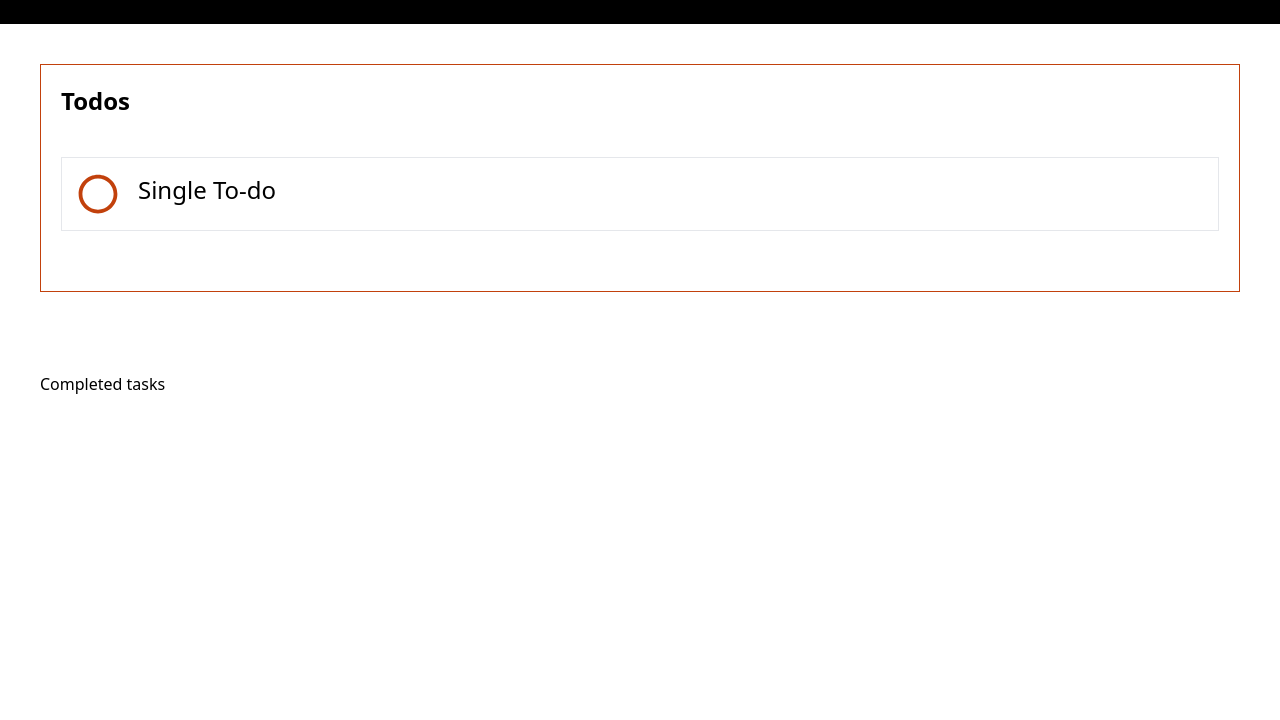
Repository: thekingisherenow/personalTodo
Page: /
An editor plug-in stored every save of this project. The page is shown before and after the next save, followed by the edit.
The browser window is 1280 px wide. The pictures show the whole page.
The project was rebuilt for these pictures with package versions that can differ from the ones it lists, and the page was loaded fresh each time. The framework's server and built-in components were replaced by stand-ins that run in the browser. Also part of the build but not shown: next.config.js, styles/Home.module.css.

Above is the page before, as saved 2022-12-15 17:13:52.

### pages/index.js
import Head from 'next/head'
import Image from 'next/image'
import Completed from '../components/Completed'
import Todos from '../components/Todos'
import styles from '../styles/Home.module.css'

export default function Home() {
  return (
    <div>
      <Head>
        <title>Create Next App</title>
        <meta name="description" content="To-do App" />
        <link rel="icon" href="/favicon.ico" />
      </Head>

     <div className='bg-white'>
      <h1 className='bg-black'>Completed --Tasks</h1>
      <Todos/>
      <Completed />
     </div>
    </div>
  )
}

### components/Completed.js
import React from 'react'

function Completed() {
  return (
    <div className='p-10'>
      Completed tasks
    </div>
  )
}

export default Completed

### components/Todos.js
import React from 'react'
import Todo from './Todo'

function Todos() {

    const todolist = [ "Do this thing","Also this", "This again !!" ,"kaam ta garnu parcha","Absolutely this."]

  return (
    <div className='p-5 m-10 border border-orange-700'>
      <h1 className='font-bold text-2xl'>Todos</h1>

        <Todo />

    </div>
  )
}

export default Todos

### components/Todo.js
import React, { useState } from 'react'
import { CheckCircleIcon } from '@heroicons/react/24/outline'
import { FaRegCircle ,FaRegCheckCircle } from 'react-icons/fa';

function Todo() {
    const [check, setCheck] = useState(false)

  return (
    <div className='border  p-3 my-10 flex'>
        <div
         className=' w-12 h-12 flex justify-center items-center' onMouseEnter={()=>setCheck(true)}  onMouseLeave={()=>setCheck(false)} >

        { check?

<FaRegCheckCircle
className=' text-orange-700 w-10 h-10 ' /> :
<FaRegCircle className='w-10 text-orange-700 h-10' />
}
</div>

      <span className='text-center h-10 text-2xl flex items-center justify-center p-4 '>Single To-do</span>
    </div>
  )
}

export default Todo

Loaded but not shown: pages/_app.js (common file); styles/globals.css (common file); tailwind.config.js (common file)

After the next save:
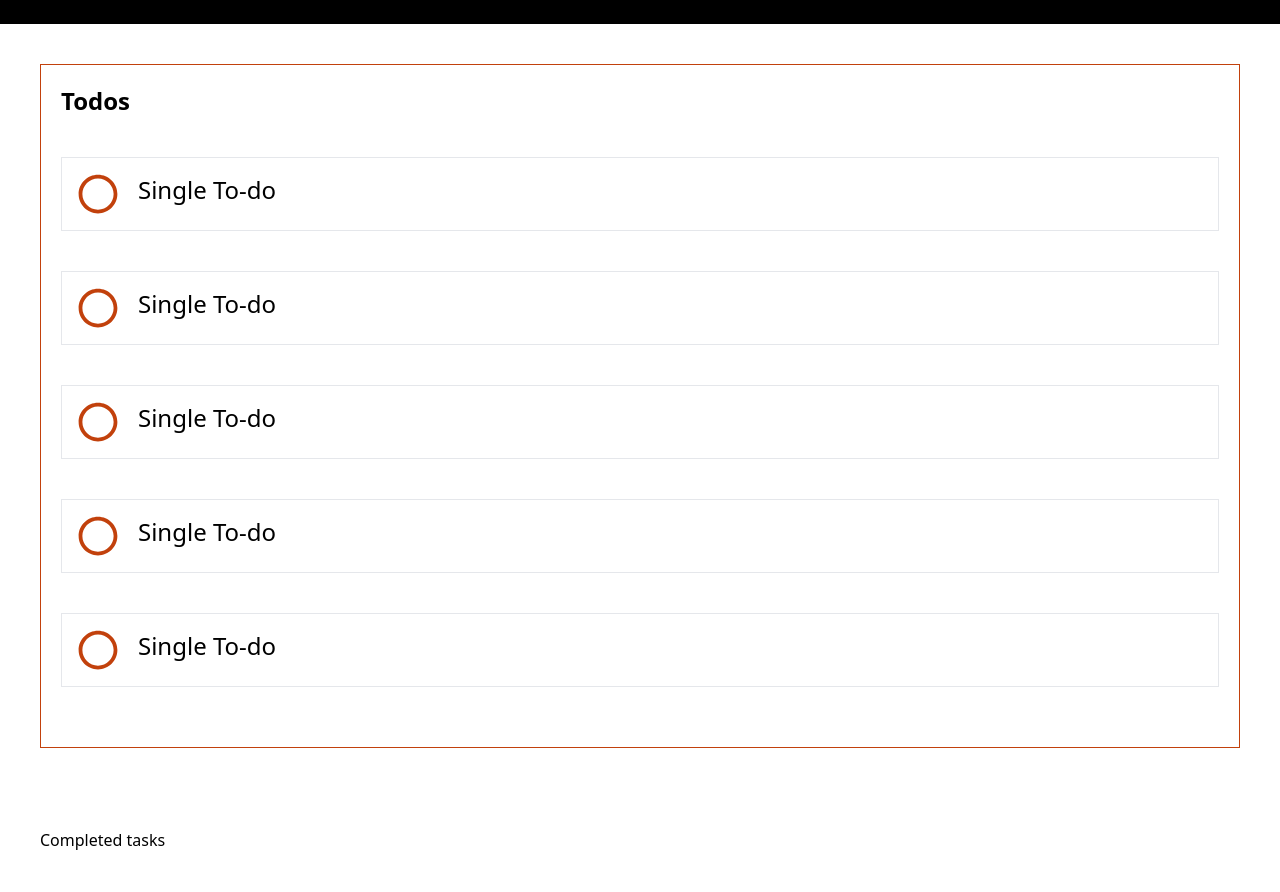
Saved 38 s later.
--- a/components/Todos.js
+++ b/components/Todos.js
@@ -8,8 +8,11 @@ function Todos() {
   return (
     <div className='p-5 m-10 border border-orange-700'>
       <h1 className='font-bold text-2xl'>Todos</h1>
-
-        <Todo />
+        {todolist.map((todo)=>{
+            return(
+                <Todo todo={todo} />
+            )
+        })}
 
     </div>
   )
